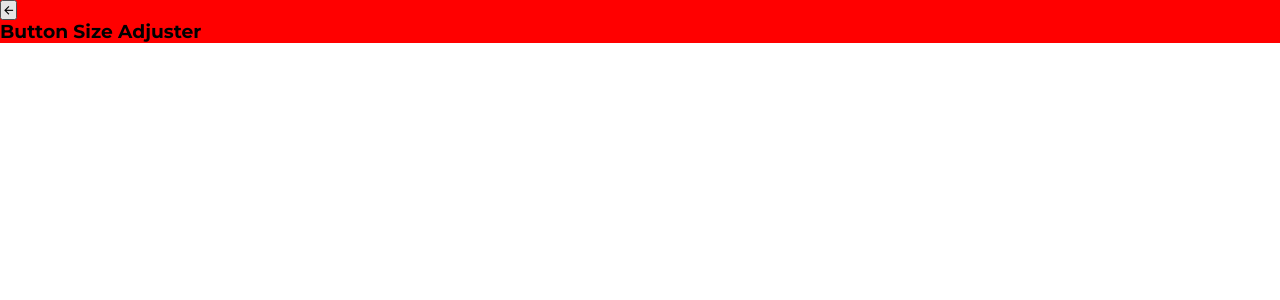
Repository: EguJaredoBoyd/Jared-Counter-App
Page: settings.html
The author's editor kept a copy of each file at every save. The page is drawn from the files as they stood at one save, then again after the next save.
The browser window is 1280 px wide. The pictures show the whole page.

Above is the page before, as saved 2025-12-03 14:28:13.
Console error: TypeError: Cannot set properties of null (setting 'textContent')

After the next save:
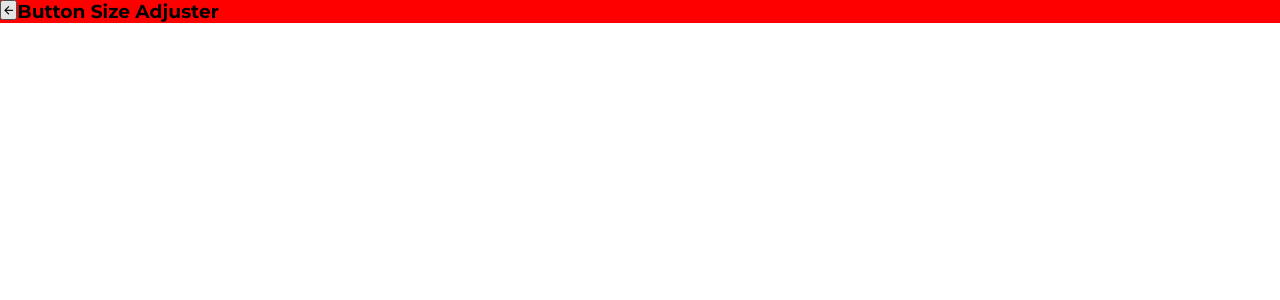
Saved 28 s later.
--- a/style.css
+++ b/style.css
@@ -82,6 +82,11 @@
     background-color: blue;
 }
 
+/* The settings style */
+.header__div--adjuster {
+    display: flex;
+}
+
 footer {
     text-align: center;
     background-color: green;

After the 5 saves that followed:
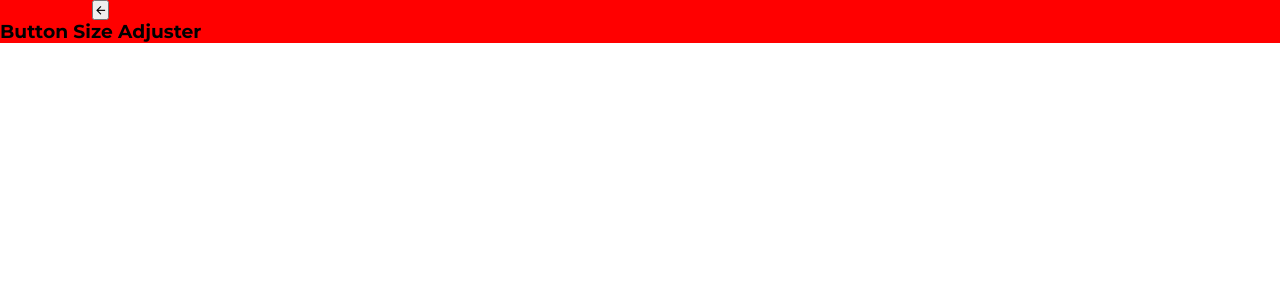
The 5 saves are shown as one change because 4 left the picture as it was.
The last was saved 2 min 9 s later.
--- a/style.css
+++ b/style.css
@@ -84,7 +84,7 @@
 
 /* The settings style */
 .header__div--adjuster {
-    display: flex;
+    text-align: center;
 }
 
 footer {
